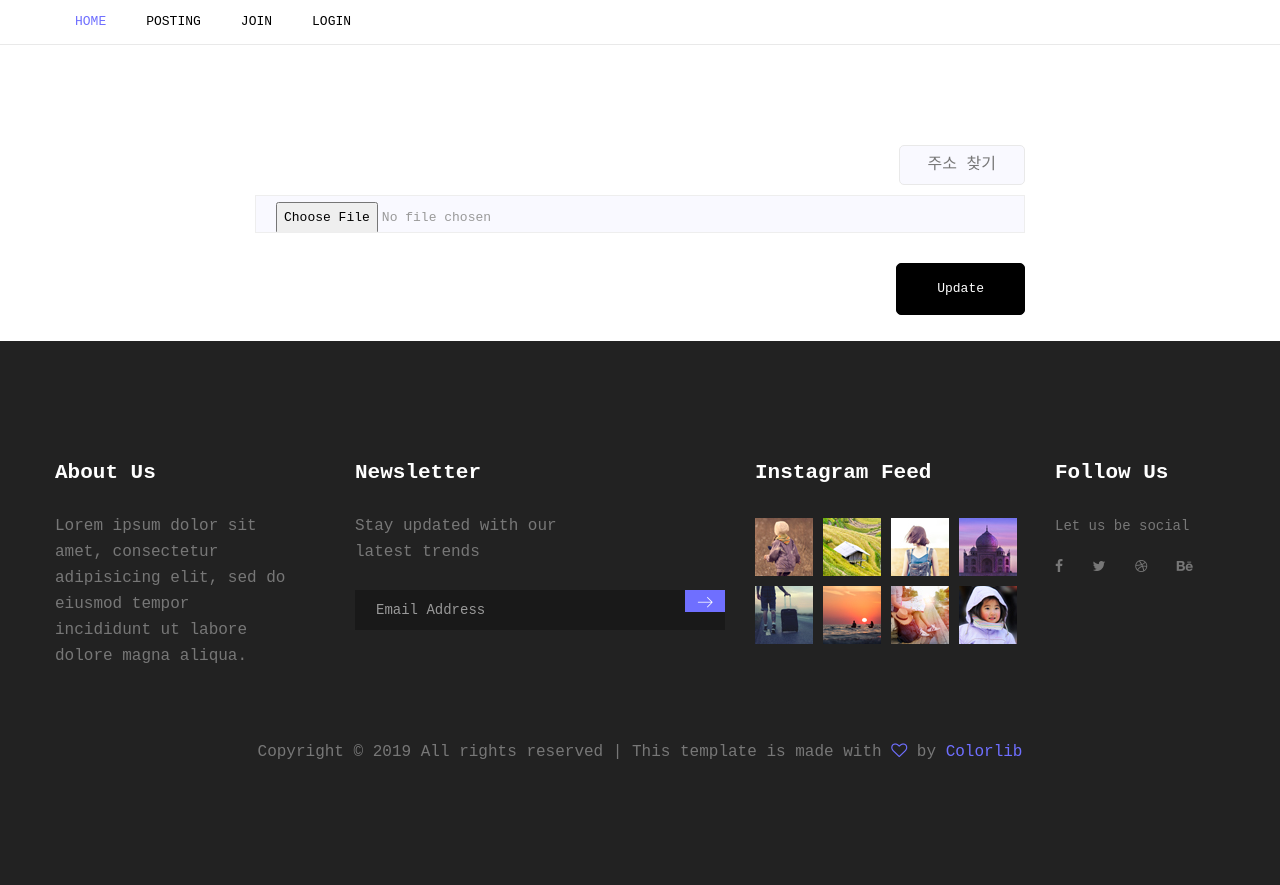
Repository: juneyj114/jspblog
Page: http://localhost/blog/user/userProfileForm.jsp
An editor plug-in stored every save of this project. The page is shown before and after the next save, followed by the edit.
The browser window is 1280 px wide. The pictures show the whole page.
Some web fonts or font styles are not loaded; a fallback is used. The page is served by Tomcat 9.

Above is the page before, as saved 2019-11-13 05:32:03.

After the next save:
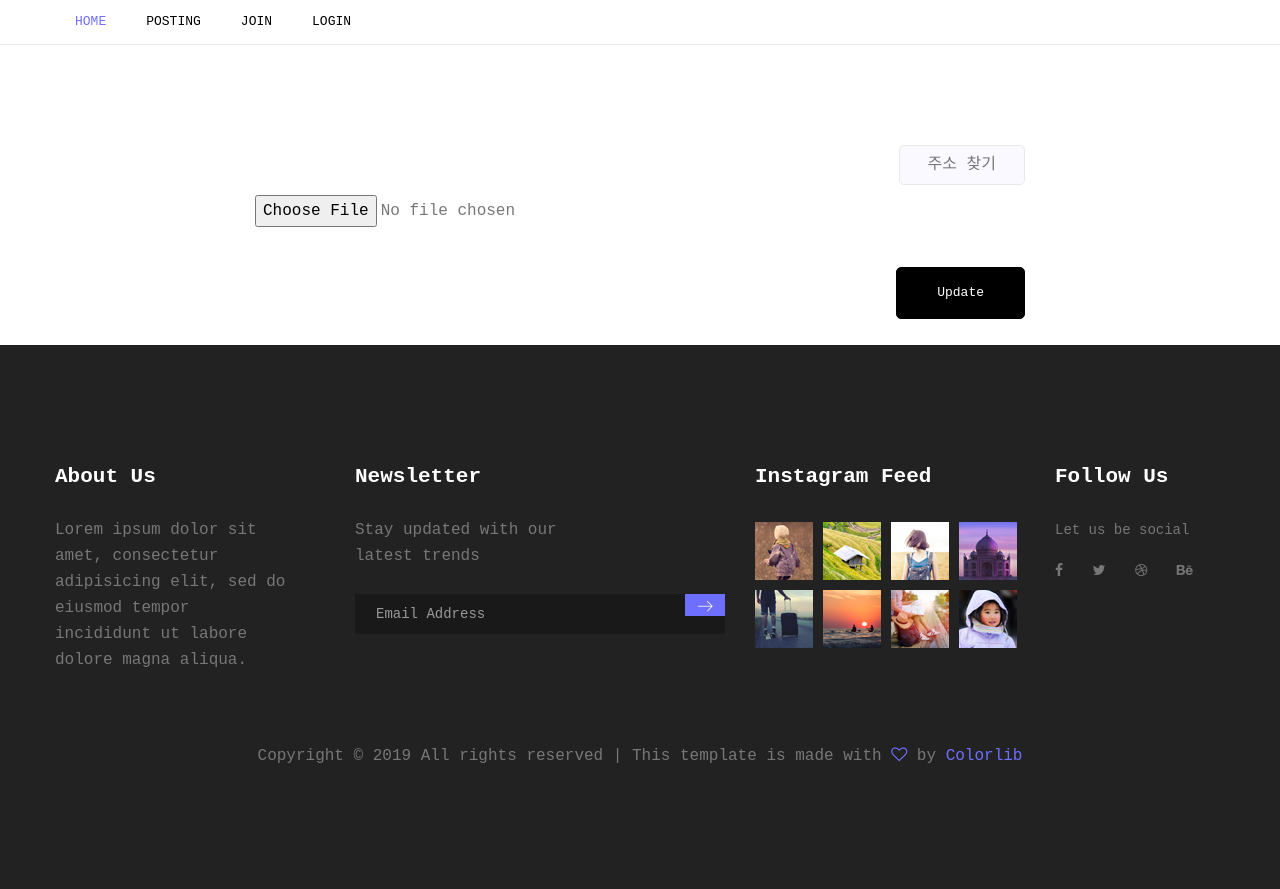
Saved 53 s later.
--- a/blog/WebContent/user/userProfileForm.jsp
+++ b/blog/WebContent/user/userProfileForm.jsp
@@ -17,7 +17,7 @@
 					</div>
 					<div class="col-md-12">
 						<div class="form-group">
-							<input type="file" class="form-control" placeholder="이미지를 선택해주세요." name="userProfile" readonly>
+							<input type="file" class="form-group" placeholder="이미지를 선택해주세요." name="userProfile" readonly>
 						</div>
 					</div>
 					<div class="col-md-12 text-right">

After the save that followed:
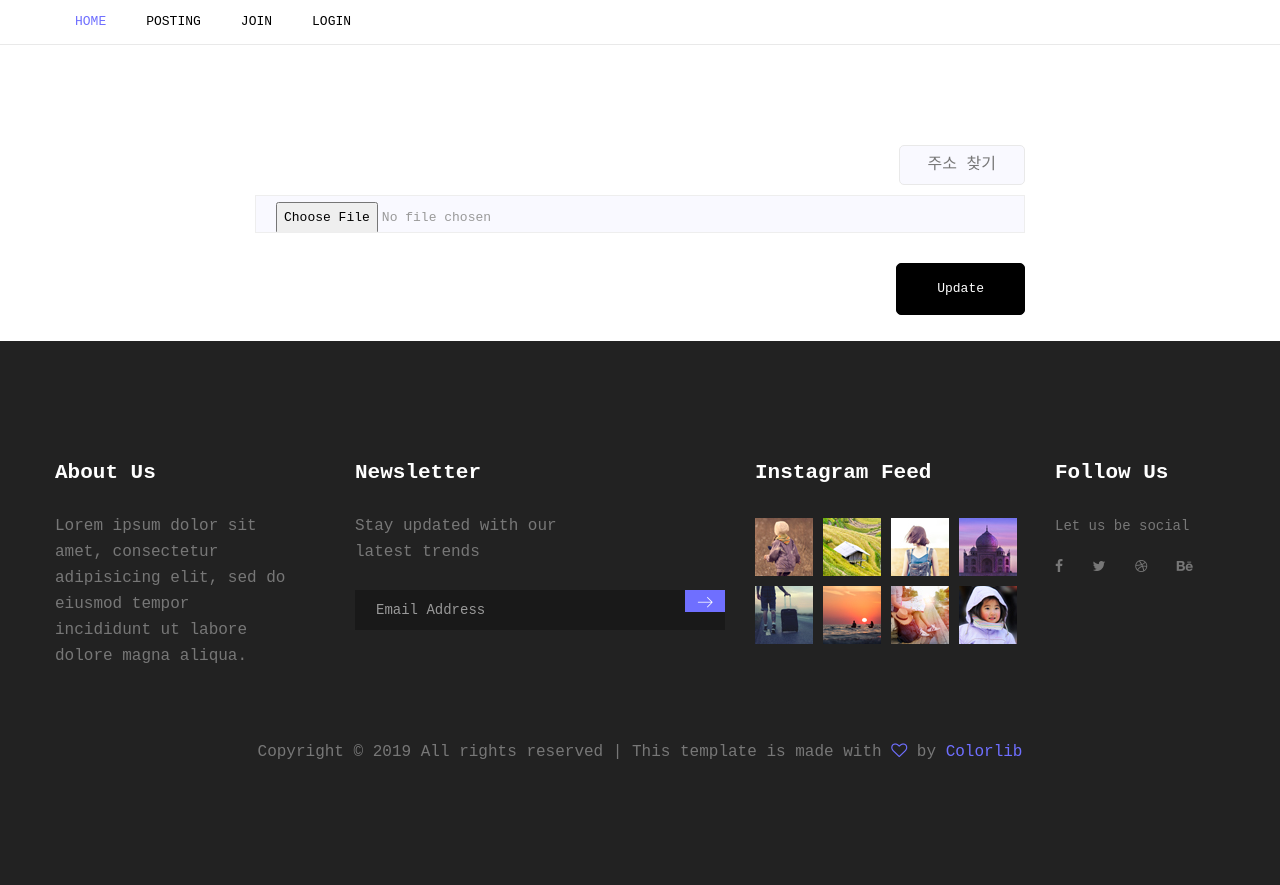
Saved 16 s later.
--- a/blog/WebContent/user/userProfileForm.jsp
+++ b/blog/WebContent/user/userProfileForm.jsp
@@ -17,7 +17,7 @@
 					</div>
 					<div class="col-md-12">
 						<div class="form-group">
-							<input type="file" class="form-group" placeholder="이미지를 선택해주세요." name="userProfile" readonly>
+							<input type="file" class="form-control" name="userProfile" readonly>
 						</div>
 					</div>
 					<div class="col-md-12 text-right">
